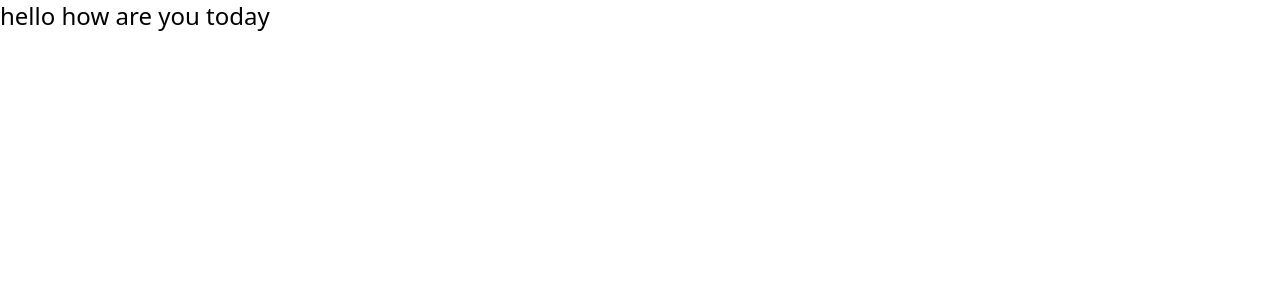
Repository: IssaMuiz/Afrixpace-Next.js
Page: /
These files come from the project's save history. The page is drawn as it stood at one moment and after the next save; the edit follows.
The browser window is 1280 px wide. The pictures show the whole page.
The project was rebuilt for these pictures with package versions that can differ from the ones it lists, and the page was loaded fresh each time. The framework's server and built-in components were replaced by stand-ins that run in the browser. Also part of the build but not shown: next.config.mjs.

Above is the page before, as saved 2024-08-23 08:31:03.

After the next save:
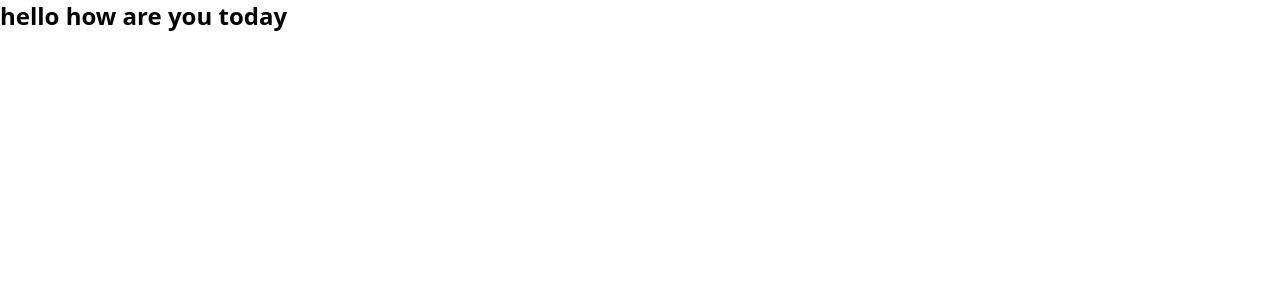
Saved 22 s later.
--- a/app/page.tsx
+++ b/app/page.tsx
@@ -1,7 +1,7 @@
 import React from "react";
 
 const page = () => {
-  return <div className="text-2xl">hello how are you today</div>;
+  return <div className="text-2xl font-bold">hello how are you today</div>;
 };
 
 export default page;
